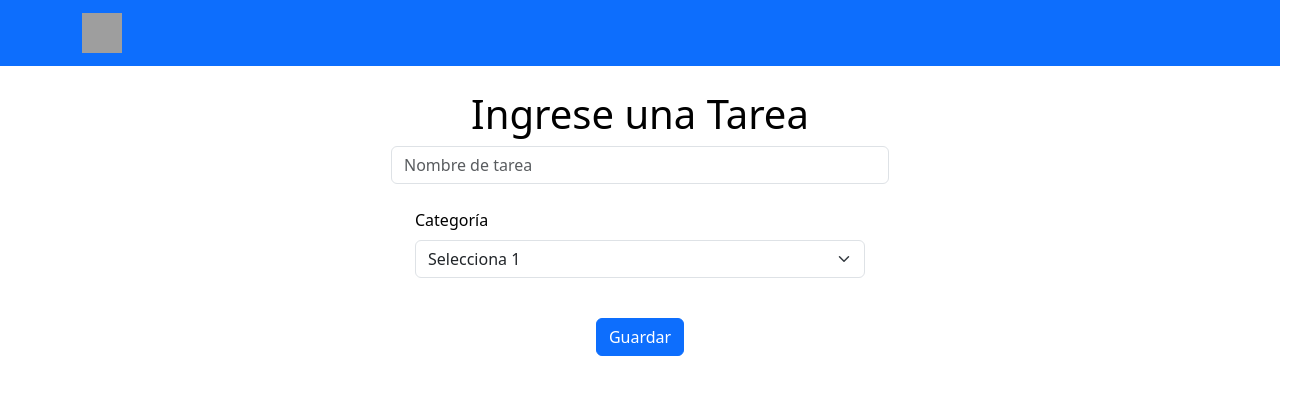
Repository: mgarrido0gb/registroTareas
Page: http://localhost/Tareas/Home
The author's editor kept a copy of each file at every save. The page is drawn from the files as they stood at one save, then again after the next save.
The browser window is 1280 px wide. The page is 1292 px wide, so the pictures cover 1292 px, including what lies to the right of the window. The pictures show the whole page.
Pictures or frames that could not be fetched are drawn as grey boxes. The page is served by Tomcat 10. Other server files are loaded and not shown. Queries for data that is not in the repository find no rows.

Above is the page before, as saved 2024-05-21 20:45:25.

### Tareas/src/main/webapp/WEB-INF/home.jsp
<%@page import="models.Categoria"%>
<%@page import="models.Tarea"%>
<%@ page language="java" contentType="text/html; charset=ISO-8859-1"
    pageEncoding="ISO-8859-1" import="java.util.ArrayList" import="models.Tarea" import="models.Categoria"%>
<!doctype html>
<html lang="en">
  <head>
    <meta charset="utf-8">
    <meta name="viewport" content="width=device-width, initial-scale=1">
    <title>Registro Tareas</title>
    <link href="https://cdn.jsdelivr.net/npm/bootstrap@5.3.3/dist/css/bootstrap.min.css" rel="stylesheet" integrity="sha384-QWTKZyjpPEjISv5WaRU9OFeRpok6YctnYmDr5pNlyT2bRjXh0JMhjY6hW+ALEwIH" crossorigin="anonymous">
    <style type="text/css">
    	body{
    		background-color: white;
    		color: black;
    	}

    	li{
    		color: black;
    	}

    	.logotipo{
    		width: 30px;
    		height: 30px;
    	}






    </style>

  </head>
  <body>
  	<nav class="navbar bg-primary" id="nav">
  		<div class="container">
    		<a class="navbar-brand" href="#">
      			<img src="https://cdn-icons-png.flaticon.com/512/181/181627.png"  width="40" height="40">
    		</a>
  		</div>
	</nav>
    <% ArrayList<Categoria> cats = (ArrayList<Categoria>)request.getAttribute("cats"); %>
    <div class="container">
    	<div class="row justify-content-center">
        	<div class="col-12 col-md-9 col-lg-6">
            	<form action="/Tareas/Home" method="post">
                	<div class="p-4">
                    	<h1 class="text-center">Ingrese una Tarea</h1>
                    	<div class="form-group">
                        	<input class="form-control" placeholder="Nombre de tarea" name="texto" type="text" required>
                    	</div>
                    	<div class="p-4">
              				<label for="exampleInputPassword1" class="form-label">Categoría</label>
              				<select class="form-select" name="categoria_id" required>
                				<option selected value>Selecciona 1</option>
                					<% for (Categoria c: cats) { %>
                						<option value="<%=c.id %>"><%=c.nombre %></option>
                					<% } %>
              				</select>
     					</div>
                    	<div class="text-center mt-3">
                        	<input type="submit" value="Guardar" class="btn btn-primary" onclick="mensaje()">
                    	</div>
                	</div>

            	</form>
        	</div>
    	</div>
	</div>






   <div class="row">
   		<div class="col-6 offset-3 d-block m-auto m-0 p-2 col-md-3">
   			 <%
    			ArrayList<Tarea> tareas = (ArrayList<Tarea>)request.getAttribute("tareas");
    		%>

    			<% for (Tarea t: tareas) { %>
    				<ul class="list-group text-center">
    					<li <% if (t.completada == true){ %>class="text-decoration-line-through text-danger"<% } %> class="list-group-item text-center">
    		 				<%=t.texto %> (creada en: <%=t.fecha %>)
    		 				<a href="/Tareas/CheckearTarea?id=<%=t.id%>"><img src="https://img.icons8.com/?size=48&id=sz8cPVwzLrMP&format=png" class="logotipo" onclick="check()" ></img></a>
    		 				<a href="/Tareas/GestionTarea?id=<%=t.id%>"><img src="https://img.icons8.com/?size=48&id=pre7LivdxKxJ&format=png" class="logotipo" onclick="eliminar()"></img></a>
    					</li>
    				<br>
    			<%}%>
    		</ul>

   		</div>
   </div>


   <script type="text/javascript">


   	function mensaje(){
   		alert("Tarea Agregada con éxito");
   	}

   	function eliminar(){
   		alert("Tarea eliminada con éxito");
   	}

   	function check(){
   		alert("Tarea Realizada con éxito");
   	}

   </script>
    <script src="https://cdn.jsdelivr.net/npm/bootstrap@5.3.3/dist/js/bootstrap.bundle.min.js" integrity="sha384-YvpcrYf0tY3lHB60NNkmXc5s9fDVZLESaAA55NDzOxhy9GkcIdslK1eN7N6jIeHz" crossorigin="anonymous"></script>
  </body>
</html>

### Tareas/src/main/java/servlets/Home.java
package servlets;

import jakarta.servlet.RequestDispatcher;
import jakarta.servlet.ServletException;
import jakarta.servlet.annotation.WebServlet;
import jakarta.servlet.http.HttpServlet;
import jakarta.servlet.http.HttpServletRequest;
import jakarta.servlet.http.HttpServletResponse;
import models.Categoria;
import models.Tarea;

import java.io.IOException;
import java.sql.SQLException;
import java.util.ArrayList;

import daos.CategoriaDao;
import daos.TareaDao;


/**
 * Servlet implementation class Home
 */
public class Home extends HttpServlet {
	private static final long serialVersionUID = 1L;

    /**
     * Default constructor.
     */
    public Home() {
        // TODO Auto-generated constructor stub
    }

	/**
	 * @throws IOException
	 * @throws ServletException
	 * @see HttpServlet#doGet(HttpServletRequest request, HttpServletResponse response)
	 */
	protected void doGet(HttpServletRequest request, HttpServletResponse response) throws ServletException, IOException  {
		// TODO Auto-generated method stub
		try {
			ArrayList<Tarea> tareas = TareaDao.getAll();
			System.out.println(tareas);
			request.setAttribute("tareas", tareas);

			ArrayList<Categoria> cats = CategoriaDao.getAll();
			request.setAttribute("cats", cats);
		} catch(SQLException e) {
			System.out.println(e);
		}


		// 2. Cargamos el JSP
		RequestDispatcher vista = request.getRequestDispatcher("WEB-INF/home.jsp");
		vista.forward(request, response);
	}

	/**
	 * @see HttpServlet#doPost(HttpServletRequest request, HttpServletResponse response)
	 */
	protected void doPost(HttpServletRequest request, HttpServletResponse response) throws ServletException, IOException {
		// TODO Auto-generated method stub
		String textoNuevaTarea = request.getParameter("texto");
		try {
			TareaDao.addNew(textoNuevaTarea);

		} catch (SQLException e) {
			// TODO Auto-generated catch block
			e.printStackTrace();
		}


		response.sendRedirect("/Tareas/Home");
	}

}

### Tareas/src/main/java/daos/TareaDao.java
package daos;

import java.sql.Connection;
import java.sql.PreparedStatement;
import java.sql.ResultSet;
import java.sql.SQLException;
import java.sql.Statement;
import java.util.ArrayList;

import models.Categoria;
import models.MyConn;
import models.Tarea;

public class TareaDao {

	static public void addNew(String textoNuevaTarea) throws SQLException {
		//1.-  nueva conexion
		Connection conn = MyConn.getConnection();
		//2.- consulta
		PreparedStatement consulta =conn.prepareStatement("INSERT INTO TAREAS (texto) values(?)");
		consulta.setString(1, textoNuevaTarea);
		consulta.execute();
	}

	static public void deleteById (int idTarea) throws SQLException {
		// 1. Pedimos una conexion nueva
		Connection conn = MyConn.getConnection();
		// 2. Creamos la consulta
		PreparedStatement stmt = conn.prepareStatement(
			"delete from tareas where id=?"
		);
		stmt.setInt(1, idTarea);
		// 3. Ejecutar la stmt
		stmt.executeUpdate();
	  }

	static public void checkById (int idTarea) throws SQLException {
		// 1. Pedimos una conexion nueva
		Connection conn = MyConn.getConnection();
		// 2. Creamos la consulta
		PreparedStatement stmt = conn.prepareStatement(
			"update tareas set completada = true where id = ?"
		);
		stmt.setInt(1, idTarea);
		// 3. Ejecutar la stmt
		stmt.executeUpdate();
	  }





	static public ArrayList<String> get_textos () throws SQLException {
		// 1. Creamos un ArrayList vacío
		ArrayList<String> textos = new ArrayList<String>();
		// 2. Pedimos una conección nueva
		Connection conn = MyConn.getConnection();
		// 3. Creamos y ejecutamos la consulta
		Statement consulta = conn.createStatement();
		ResultSet respuesta = consulta.executeQuery("select * from tareas");

		// 4. Vamos llenando el ArrayList con lo que tenga la respuesta
		while (respuesta.next()) {
		  textos.add( respuesta.getString("texto") );
		}
		// 5. Retornamos el ArrayList, ahora lleno
		return textos;
	  }



	static public ArrayList<Tarea> getAll () throws SQLException {
		// 1. Creamos un ArrayList vacío
		ArrayList<Tarea> tareas = new ArrayList<Tarea>();
		// 2. Pedimos una conección nueva
		Connection conn = MyConn.getConnection();
		// 3. Creamos y ejecutamos la consulta
		Statement consulta = conn.createStatement();
		ResultSet respuesta = consulta.executeQuery("select * from tareas");

		// 4. Vamos llenando el ArrayList con lo que tenga la respuesta
		while (respuesta.next()) {
			Tarea t = new Tarea(
					respuesta.getInt("id"),
					respuesta.getString("texto"),
					respuesta.getBoolean("completada"),
					respuesta.getDate("fecha")

			);
		  tareas.add(t);
		}
		return tareas;
	  }
}

### Tareas/src/main/java/models/MyConn.java
package models;

import java.sql.Connection;
import java.sql.DriverManager;
import java.sql.SQLException;

public class MyConn {
	static final String URL = "jdbc:postgresql://localhost/ejemplo_dao";
	static final String USER = "postgres";
	static final String PASSWORD = "12345";
	static final String DRIVER = "org.postgresql.Driver";

	static public Connection conn = null;

    static public Connection getConnection () {
      if (conn != null) {
        return conn;
      }
      try {
    	Class.forName(DRIVER);
    	conn = (Connection) DriverManager.getConnection(URL, USER, PASSWORD);
      }
      catch (ClassNotFoundException | SQLException e) {
    	e.printStackTrace();
      }
      return conn;
    }
}

### Tareas/src/main/java/daos/CategoriaDao.java
package daos;

import java.sql.Connection;
import java.sql.ResultSet;
import java.sql.SQLException;
import java.sql.Statement;
import java.util.ArrayList;

import models.Categoria;
import models.MyConn;


public class CategoriaDao {
	static public ArrayList<Categoria> getAll () throws SQLException {
		// 1. Creamos un ArrayList vacío
				ArrayList<Categoria> categorias = new ArrayList<Categoria>();
				// 2. Pedimos una conección nueva
				Connection conn = MyConn.getConnection();
				// 3. Creamos y ejecutamos la consulta
				Statement consulta = conn.createStatement();
				ResultSet respuesta = consulta.executeQuery("select * from categorias order by id");

				// 4. Vamos llenando el ArrayList con lo que tenga la respuesta
				while (respuesta.next()) {
				  Categoria t = new Categoria(
					respuesta.getInt("id"),
					respuesta.getString("nombre")
				  );
				  categorias.add( t );
				}
			  // 5. Retornamos el ArrayList, ahora lleno
			  return categorias;
}}

After the next save:
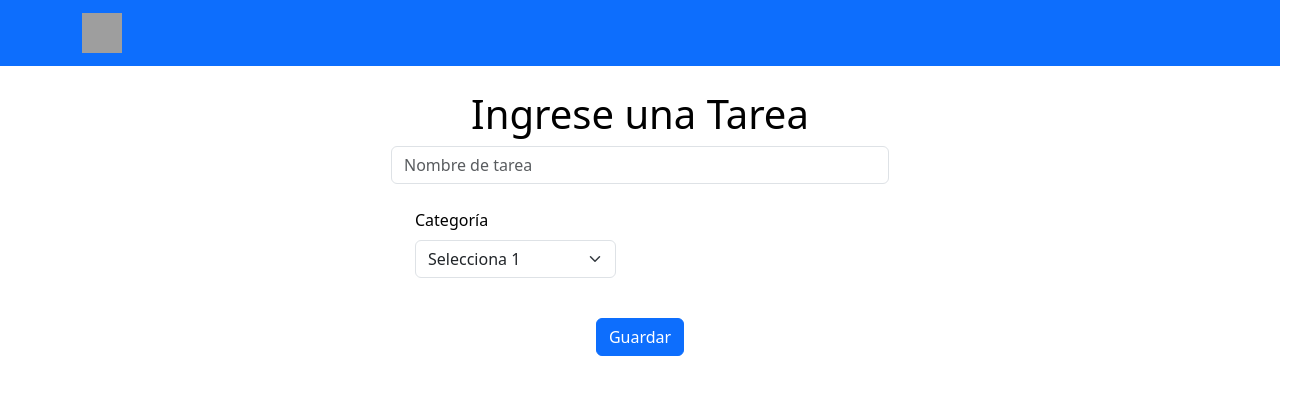
Saved 55 s later.
--- a/Tareas/src/main/webapp/WEB-INF/home.jsp
+++ b/Tareas/src/main/webapp/WEB-INF/home.jsp
@@ -50,7 +50,7 @@
                     	<div class="form-group">
                         	<input class="form-control" placeholder="Nombre de tarea" name="texto" type="text" required>
                     	</div>
-                    	<div class="p-4">
+                    	<div class="p-4 col-md-9 col-lg-6">
               				<label for="exampleInputPassword1" class="form-label">Categoría</label>
               				<select class="form-select" name="categoria_id" required>
                 				<option selected value>Selecciona 1</option>
